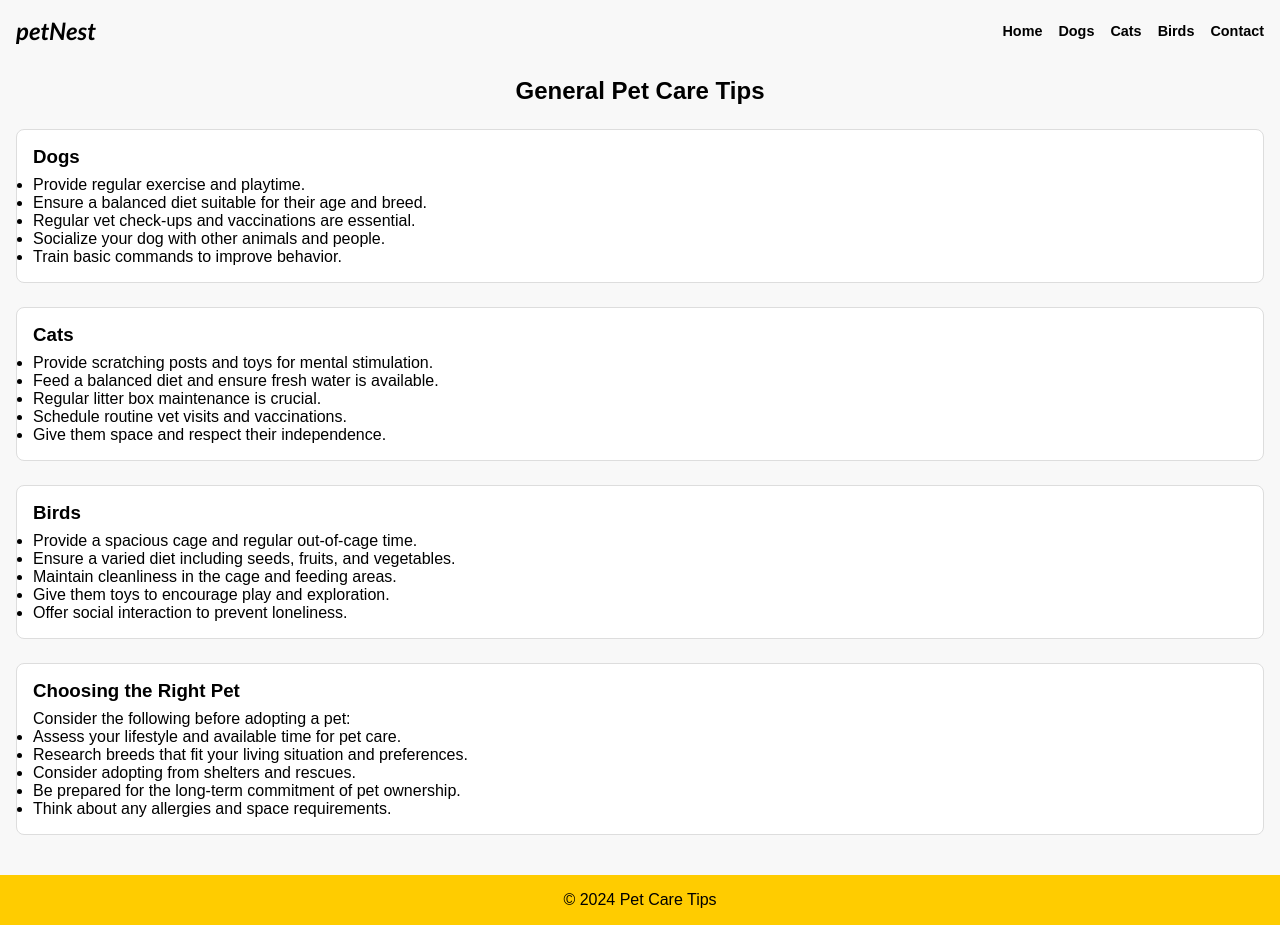
Repository: SHAHZADcodr/pet_care
Page: pages/tips.html
The author's editor kept a copy of each file at every save. The page is drawn from the files as they stood at one save, then again after the next save.
The browser window is 1280 px wide. The pictures show the whole page.

Above is the page before, as saved 2024-11-04 23:20:51.

### pages/tips.html
<!DOCTYPE html>
<html lang="en">
<head>
    <meta charset="UTF-8">
    <meta name="viewport" content="width=device-width, initial-scale=1.0">
    <title>Pet Care Tips</title>
    <link rel="stylesheet" href="tips.css"> <!-- Link to your CSS file -->
</head>
<body>
    <header>
        <nav>
            <h1 id="webName"><i><strong>petNest</strong></i></h1>
            <ul id="nav-links">
                <li><a href="../index.html">Home</a></li>
                <li><a href="dog.html">Dogs</a></li>
                <li><a href="cat.html">Cats</a></li>
                <li><a href="bird.html">Birds</a></li>
                <li><a href="contact.html" id="you">Contact</a></li>
            </ul>
        </nav>
    </header>
    <main class="tips">
        <h2>General Pet Care Tips</h2>
        <section>
            <h3>Dogs</h3>
            <ul>
                <li>Provide regular exercise and playtime.</li>
                <li>Ensure a balanced diet suitable for their age and breed.</li>
                <li>Regular vet check-ups and vaccinations are essential.</li>
                <li>Socialize your dog with other animals and people.</li>
                <li>Train basic commands to improve behavior.</li>
            </ul>
        </section>
        <section>
            <h3>Cats</h3>
            <ul>
                <li>Provide scratching posts and toys for mental stimulation.</li>
                <li>Feed a balanced diet and ensure fresh water is available.</li>
                <li>Regular litter box maintenance is crucial.</li>
                <li>Schedule routine vet visits and vaccinations.</li>
                <li>Give them space and respect their independence.</li>
            </ul>
        </section>
        <section>
            <h3>Birds</h3>
            <ul>
                <li>Provide a spacious cage and regular out-of-cage time.</li>
                <li>Ensure a varied diet including seeds, fruits, and vegetables.</li>
                <li>Maintain cleanliness in the cage and feeding areas.</li>
                <li>Give them toys to encourage play and exploration.</li>
                <li>Offer social interaction to prevent loneliness.</li>
            </ul>
        </section>
        <section>
            <h3>Choosing the Right Pet</h3>
            <p>Consider the following before adopting a pet:</p>
            <ul>
                <li>Assess your lifestyle and available time for pet care.</li>
                <li>Research breeds that fit your living situation and preferences.</li>
                <li>Consider adopting from shelters and rescues.</li>
                <li>Be prepared for the long-term commitment of pet ownership.</li>
                <li>Think about any allergies and space requirements.</li>
            </ul>
        </section>
    </main>
    <footer>
        <p>&copy; 2024 Pet Care Tips</p>
    </footer>
</body>
</html>

### pages/tips.css
/* General Reset */
* {
    margin: 0;
    padding: 0;
    box-sizing: border-box;
}

/* Basic Layout */
body {
    font-family: Arial, sans-serif;
    display: flex;
    flex-direction: column;
    min-height: 100vh; /* Ensures body takes full height of the viewport */
    background-color: #f8f8f8;
}


header {
    background-color:var(--bg-background-color);
    padding: 1rem;
    color: black;;
}

nav {
    display: flex;
    justify-content: space-between;
    align-items: center;
}

#nav-links {
    list-style-type: none;
    display: flex;
    gap: 1rem;
}

#nav-links a {
    color:black;
    text-decoration: none;
    font-size:0.9rem;
    font-weight: 600;
    transition:color 0.2s;
}
#nav-links a:hover{
    color:white!important;
}

 #nav-links  #you{
    cursor:url(/images/cursor.svg)3 3,auto !important;
}
/*Website name*/
#webName{
    font-family: 'Gill Sans', 'Gill Sans MT', Calibri, 'Trebuchet MS', sans-serif;
}
#webName:hover{
    color:aliceblue;
}

main.tips {
    flex-grow: 1; /* Allows the main content to grow and push footer down */
    padding: 1rem;
}

h2 {
    text-align: center;
    margin-bottom: 1rem;
}

section {
    margin: 1.5rem 0;
    padding: 1rem;
    background-color: #fff;
    border: 1px solid #ddd;
    border-radius: 8px;
}

h3 {
    margin-bottom: 0.5rem;
}

footer {
    background-color: #ffcc00;
    text-align: center;
    padding: 1rem;
    margin-top: auto; /* Push footer to the bottom */
}

/* Responsive Design */
@media (max-width: 600px) {
    nav ul {
        display: flex;
        flex-direction: column;
        align-items: center;
    }

    nav ul li {
        margin: 0.5rem 0;
    }

    section {
        padding: 0.5rem;
    }
}

After the next save:
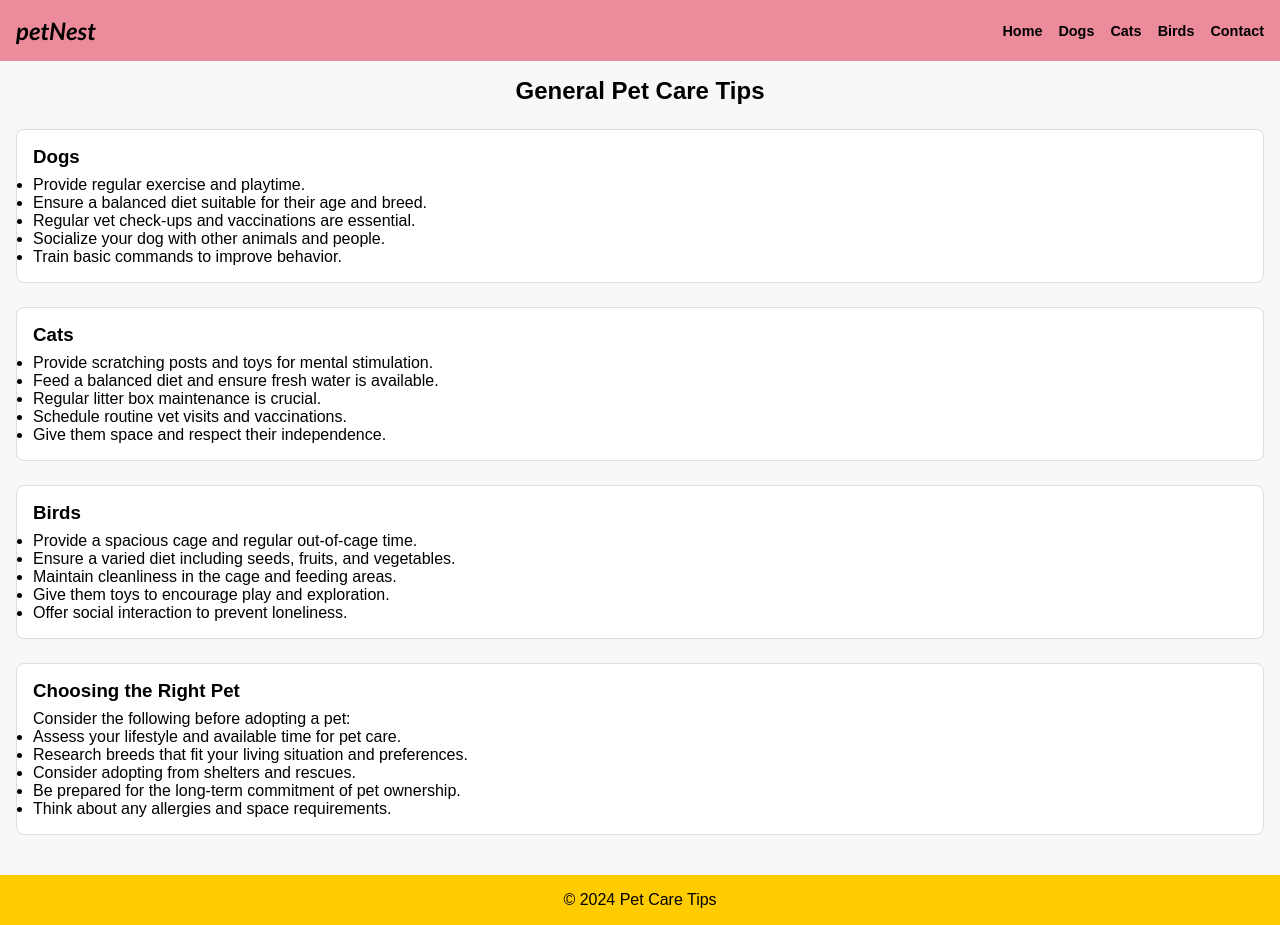
Saved 24 s later.
--- a/pages/tips.css
+++ b/pages/tips.css
@@ -3,6 +3,10 @@
     margin: 0;
     padding: 0;
     box-sizing: border-box;
+}
+:root{
+    --bg-background-color:rgb(236, 139, 155);
+    --bg--body-color:rgb(250, 189, 199);
 }
 
 /* Basic Layout */
